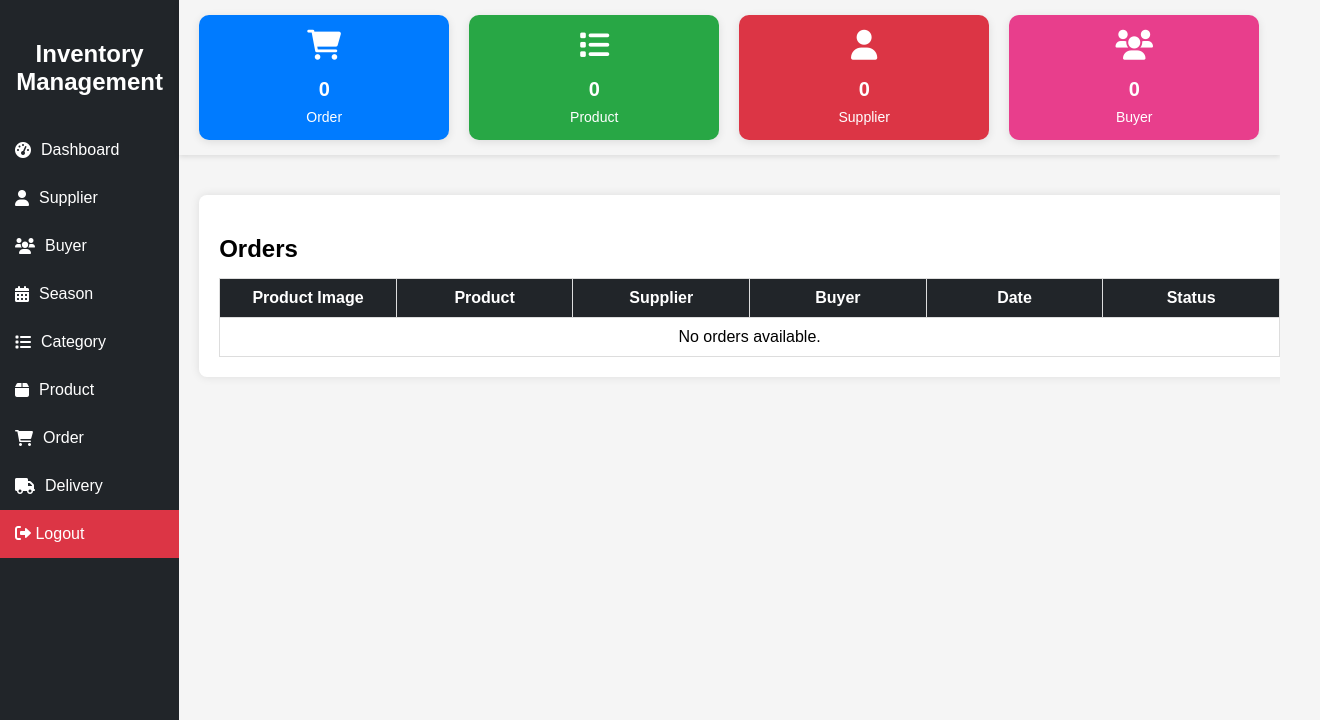
Repository: Fail2/Inventory_Management
Page: http://localhost/accounts/admin-dashboard/
These files come from the project's save history. The page is drawn as it stood at one moment and after the next save; the edit follows.
The browser window is 1280 px wide. The page is 1280 px wide, then 1320 px, so the pictures cover 1320 px, including what lies to the right of the window. The pictures show the whole page.
The page is served by the project's application, run on Django 5.2 (inventory_management/manage.py). A made-up administrator, testuser (Test User, test@example.com), is signed in. Other server files are loaded and not shown. Queries for data that is not in the repository find no rows.

Above is the page before, as saved 2025-05-04 11:57:15.

### inventory_management/accounts/templates/accounts/admin_dashboard.html
{% extends 'accounts/admin_base.html' %}

{% block title %}Admin Dashboard{% endblock %}

{% block extra_css %}
<style>
    .orders-table {
        background: white;
        border-radius: 8px;
        box-shadow: 0 2px 4px rgba(0, 0, 0, 0.1);
        padding: 20px;
        margin-top: 20px;
        max-height: 500px; /* Set a fixed height for the table to allow scrolling */
        overflow-y: auto;  /* Enable vertical scrolling */
        overflow-x: hidden;  /* Disable horizontal scrolling */
    }

    .orders-table h2 {
        margin-bottom: 15px;
    }

    .orders-table table {
        width: 100%;
        border-collapse: collapse;
        table-layout: fixed; /* Ensure the table doesn't overflow horizontally */
    }

    .orders-table thead {
        background-color: #212529;
        color: white;
    }

    .orders-table th,
    .orders-table td {
        text-align: center;
        padding: 10px;
        border: 1px solid #ddd;
    }

    .orders-table tbody tr:nth-child(even) {
        background-color: #f9f9f9;
    }

    .orders-table tbody tr:hover {
        background-color: #f1f1f1;
    }
</style>
{% endblock %}

{% block content %}
<!-- Orders Table -->
<div class="orders-table">
    <h2>Orders</h2>
    <table>
        <thead>
            <tr>
                <th>Product Image</th>
                <th>Product</th>
                <th>Supplier</th>
                <th>Buyer</th>
                <th>Date</th>
                <th>Status</th>
            </tr>
        </thead>
        <tbody>
            {% for order in orders %}
            <tr>
                <td>
                    <img src="{{ order.product.picture.url|default:'/media/product_images/default-image.jpg' }}"
                         alt="{{ order.product.name }}" width="60" height="60">
                </td>
                <td>{{ order.product.name }}</td>
                <td>
                    {% if order.supplier %}
                        {{ order.supplier.full_name }}
                    {% else %}
                        No supplier assigned
                    {% endif %}
                </td>
                <td>{{ order.buyer.full_name }}</td>
                <td>{{ order.order_date|date:"Y-m-d H:i" }}</td>
                <td>{{ order.status|capfirst }}</td>
            </tr>
            {% empty %}
            <tr>
                <td colspan="6">No orders available.</td>
            </tr>
            {% endfor %}
        </tbody>
    </table>
</div>
{% endblock %}

### inventory_management/accounts/context_processors.py
# context_processors.py
from .models import Order, Buyer, Supplier, Product

def admin_stats(request):
    # Calculate counts dynamically
    order_count = Order.objects.filter(status='Pending').count()
    buyer_count = Buyer.objects.count()
    supplier_count = Supplier.objects.count()
    product_count = Product.objects.count()

    return {
        'order_count': order_count,
        'buyer_count': buyer_count,
        'supplier_count': supplier_count,
        'product_count': product_count,
    }

### inventory_management/accounts/templates/accounts/admin_base.html
{% load static %}
<!DOCTYPE html>
<html lang="en">

<head>
    <meta charset="UTF-8">
    <title>{% block title %}Admin{% endblock %}</title>

    <link rel="icon" href="{% static 'favicon.ico' %}" type="image/x-icon">
    <link rel="stylesheet" href="https://cdnjs.cloudflare.com/ajax/libs/font-awesome/6.0.0/css/all.min.css">

    {% block extra_css %}{% endblock %}

    <style>
        body {
            margin: 0;
            font-family: 'Arial', sans-serif;
            background: #f5f5f5;
            height: 100vh;
            display: flex;
        }

        /* LEFT SIDEBAR */
        .sidebar {
            width: 14%;
            background: #212529;
            color: white;
            padding-top: 20px;
            display: flex;
            flex-direction: column;
        }

        .sidebar h2 {
            text-align: center;
            margin-bottom: 30px;
        }

        .sidebar a {
            display: flex;
            align-items: center;
            gap: 10px;
            color: white;
            padding: 15px;
            text-decoration: none;
            font-size: 16px;
        }

        .sidebar a:hover {
            background: #575757;
        }

        .logout-btn {
            width: 100%;
            border: none;
            background: #dc3545;
            color: white;
            padding: 15px;
            font-size: 16px;
            text-align: left;
            cursor: pointer;
            margin-top: auto;
        }

        /* RIGHT SECTION */
        .right-section {
            width: 86%;
            display: flex;
            flex-direction: column;
            height: 100%;
        }

        /* FIXED CARDS (AUTO HEIGHT) */
        .fixed-cards {
            padding: 15px 20px;
            background: #f5f5f5;
            box-shadow: 0 2px 5px rgba(0, 0, 0, 0.1);
            flex-shrink: 0;
            /* do not shrink */
        }

        .cards {
            display: flex;
            gap: 20px;
            flex-wrap: wrap;
        }

        .card {
            flex: 1;
            min-width: 180px;
            max-width: 220px;
            background: white;
            padding: 15px;
            border-radius: 10px;
            text-align: center;
            box-shadow: 0 2px 8px rgba(0, 0, 0, 0.1);
            color: white;
            transition: transform 0.3s ease;
        }

        .card:hover {
            transform: translateY(-5px);
        }

        .card i {
            font-size: 30px;
            margin-bottom: 10px;
        }

        .card h3 {
            margin: 8px 0;
            font-size: 20px;
        }

        .card p {
            margin: 0;
            font-size: 14px;
        }

        /* MAIN CONTENT (TAKES REST) */
        .main-content {
            flex-grow: 1;
            /* take remaining space */
            overflow-y: auto;
            padding: 20px;
            box-sizing: border-box;
        }

        .orders-table {
            background: white;
            width: 100%;
            border-radius: 8px;
            padding: 20px;
            box-shadow: 0 0 10px rgba(0, 0, 0, 0.1);
        }

        table {
            width: 100%;
            border-collapse: collapse;
            margin-top: 10px;
        }

        table,
        th,
        td {
            border: 1px solid #ddd;
        }

        th,
        td {
            padding: 8px;
            text-align: center;
        }

        th {
            background: #212529;
            color: white;
        }
    </style>
</head>

<body>
    <div class="sidebar">
        <h2>Inventory Management</h2>
        <a href="{% url 'admin_dashboard' %}"><i class="fas fa-tachometer-alt"></i> Dashboard</a>
        <a href="{% url 'user_list' 'supplier' %}"><i class="fas fa-user"></i> Supplier</a>
        <a href="{% url 'user_list' 'buyer' %}"><i class="fas fa-users"></i> Buyer</a>
        <a href="{% url 'grouped_product_list' 'season' %}"><i class="fas fa-calendar-alt"></i> Season</a>
        <a href="{% url 'grouped_product_list' 'category' %}"><i class="fas fa-list"></i> Category</a>
        <a href="{% url 'product_list' %}"><i class="fas fa-box"></i> Product</a>
        <a href="{% url 'admin_order_list' %}"><i class="fas fa-shopping-cart"></i> Order</a>
        <a href="#"><i class="fas fa-truck"></i> Delivery</a>
        <form method="post" action="{% url 'logout' %}">
            {% csrf_token %}
            <button type="submit" class="logout-btn"><i class="fas fa-sign-out-alt"></i> Logout</button>
        </form>
    </div>

    <div class="right-section">
        <div class="fixed-cards">
            <div class="cards">
                <div class="card" style="background: #007bff;">
                    <i class="fas fa-shopping-cart fa-2x"></i>
                    <h3>{{order_count}}</h3>
                    <p>Order</p>
                </div>
                <div class="card" style="background: #28a745;">
                    <i class="fas fa-list fa-2x"></i>
                    <h3>{{product_count}}</h3>
                    <p>Product</p>
                </div>
                <div class="card" style="background: #dc3545;">
                    <i class="fas fa-user fa-2x"></i>
                    <h3>{{supplier_count}}</h3>
                    <p>Supplier</p>
                </div>
                <div class="card" style="background: #e83e8c;">
                    <i class="fas fa-users fa-2x"></i>
                    <h3>{{buyer_count}}</h3>
                    <p>Buyer</p>
                </div>
            </div>
        </div>

        <div class="main-content">
            {% block content %}
            {% endblock %}
        </div>
    </div>

    {% block scripts %}
    {% endblock %}
</body>

</html>

### inventory_management/accounts/middleware/auth_middleware.py
from django.shortcuts import redirect

class BuyerSupplierLoginRequiredMiddleware:
    """
    Middleware to protect buyer and supplier pages.
    If user is not logged in, they will be redirected to login page.
    """

    def __init__(self, get_response):
        self.get_response = get_response

    def __call__(self, request):
        # Paths that need protection
        protected_paths = [
            '/buyer/',         # All buyer pages
            '/supplier/',      # All supplier pages
        ]

        # Check if the request path starts with any protected path
        if any(request.path.startswith(path) for path in protected_paths):
            if not request.session.get('user_type'):
                # If user_type not found in session, redirect to login
                return redirect('login')  # URL name of your login page

        response = self.get_response(request)
        return response

### inventory_management/accounts/models.py
from django.db import models
from django.contrib.auth.models import AbstractUser
from django.core.validators import MinValueValidator
import os
import uuid
from django.utils.deconstruct import deconstructible

# Custom User Model for Buyer and Seller types
class CustomUser(AbstractUser):
    USER_TYPE_CHOICES = (
        ('buyer', 'Buyer'),
        ('supplier', 'Supplier'),
    )
    user_type = models.CharField(max_length=10, choices=USER_TYPE_CHOICES)

    def is_admin(self):
        return self.is_superuser  # Check if the user is an admin

class Buyer(models.Model):
    full_name=models.CharField(max_length=100)
    address = models.TextField()
    email = models.EmailField(unique=True)
    username = models.CharField(max_length=100,unique=True)
    password =models.CharField(max_length=128) #store hashed password
    last_login = models.DateTimeField(null=True, blank=True)
    date_joined = models.DateTimeField(auto_now_add=True)


    def __str__(self):
        return self.full_name

class Supplier(models.Model):
    full_name=models.CharField(max_length=100)
    address = models.TextField()
    email = models.EmailField(unique=True)
    username = models.CharField(max_length=100,unique=True)
    password =models.CharField(max_length=128) #store hashed password
    last_login = models.DateTimeField(null=True, blank=True)
    date_joined = models.DateTimeField(auto_now_add=True)


    def __str__(self):
        return self.full_name

class Season(models.Model):
    name = models.CharField(max_length=100)

    def __str__(self):
        return self.name

class Category(models.Model):
    name = models.CharField(max_length=100)

    def __str__(self):
        return self.name

#for creating unique file name for image so that no override occurs
@deconstructible
class UniqueFileName:
    def __init__(self, subdir):
        self.subdir = subdir

    def __call__(self, instance, filename):
        ext = filename.split('.')[-1]
        unique_filename = f"{uuid.uuid4().hex}.{ext}"
        return os.path.join(self.subdir, unique_filename)

class Product(models.Model):
    name = models.CharField(max_length=255)
    category = models.ForeignKey(Category, on_delete=models.SET_NULL,null=True, blank=True)
    season = models.ForeignKey(Season, on_delete=models.SET_NULL, null=True, blank=True)
    price = models.DecimalField(max_digits=10, decimal_places=2,validators=[MinValueValidator(0.01)])
    quantity = models.PositiveIntegerField()
    picture = models.ImageField(upload_to=UniqueFileName('product_images/'), null=True, blank=True)
    supplier = models.ForeignKey(Supplier, on_delete=models.SET_NULL, null=True, blank=True)  # Now optional

    def __str__(self):
        return self.name
    def save(self, *args, **kwargs):
        try:
            this = Product.objects.get(id=self.id)
            if this.picture and self.picture != this.picture:
                if os.path.isfile(this.picture.path):
                    os.remove(this.picture.path)
        except Product.DoesNotExist:
            pass  # This is a new product, no need to delete anything

        super().save(*args, **kwargs)

    def delete(self, *args, **kwargs):
        if self.picture and os.path.isfile(self.picture.path):
            os.remove(self.picture.path)
        super().delete(*args, **kwargs)


class Order(models.Model):
    STATUS_CHOICES = [
        ('pending', 'Pending'),
        ('approved', 'Approved'),
        ('shipped', 'Shipped'),
        ('delivered', 'Delivered'),
    ]
    buyer = models.ForeignKey(Buyer, on_delete=models.CASCADE)
    product = models.ForeignKey(Product, on_delete=models.CASCADE)
    supplier = models.ForeignKey(Supplier, on_delete=models.SET_NULL, null=True, blank=True)
    quantity = models.PositiveIntegerField()
    total_amount = models.DecimalField(max_digits=10, decimal_places=2, blank=True, null=True)
    delivery_address = models.TextField()  # <- NEW FIELD for where to send
    status = models.CharField(max_length=20, choices=STATUS_CHOICES, default='pending')
    order_date = models.DateTimeField(auto_now_add=True)

    def __str__(self):
        return f"Order #{self.id} - {self.product.name} by {self.buyer.full_name}"

    def save(self, *args, **kwargs):
        if self.product and self.quantity:
            self.total_amount = self.product.price * self.quantity
        super().save(*args, **kwargs)

class Delivery(models.Model):
    order = models.OneToOneField(Order, on_delete=models.CASCADE)
    delivery_date = models.DateField()
    status = models.CharField(max_length=50)

    def __str__(self):
        return f"Delivery for {self.order}"

### inventory_management/inventory_management/urls.py
"""
URL configuration for inventory_management project.

The `urlpatterns` list routes URLs to views. For more information please see:
    https://docs.djangoproject.com/en/5.2/topics/http/urls/
Examples:
Function views
    1. Add an import:  from my_app import views
    2. Add a URL to urlpatterns:  path('', views.home, name='home')
Class-based views
    1. Add an import:  from other_app.views import Home
    2. Add a URL to urlpatterns:  path('', Home.as_view(), name='home')
Including another URLconf
    1. Import the include() function: from django.urls import include, path
    2. Add a URL to urlpatterns:  path('blog/', include('blog.urls'))
"""
from django.contrib import admin
from django.conf import settings
from django.conf.urls.static import static
from django.urls import path,include

urlpatterns = [
    path('admin/', admin.site.urls),
    path('accounts/',include('accounts.urls')),
]
# This serves media files in development (make sure to only use this in development)
if settings.DEBUG:
    urlpatterns += static(settings.MEDIA_URL, document_root=settings.MEDIA_ROOT)

### inventory_management/accounts/urls.py

from django.conf import settings
from django.conf.urls.static import static
from django.urls import path
from . import views

urlpatterns = [
    # Admin-related paths
    path('admin-login/', views.admin_login_view, name='admin-login'),
    path('admin-dashboard/', views.admin_dashboard, name='admin_dashboard'),
    path('<str:user_type>/list/', views.user_list, name='user_list'),
    path('<str:user_type>/add/', views.add_user, name='add_user'),
    path('<str:user_type>/edit/<int:user_id>/', views.edit_user, name='edit_user'),
    path('<str:user_type>/delete/<int:user_id>/', views.delete_user, name='delete_user'),
    path('products/', views.product_list, name='product_list'),
    path('add/', views.add_product, name='add_product'),  # add_product view coming next
    path('products/<int:product_id>/edit/', views.edit_product, name='edit_product'),
    path('products/<int:product_id>/delete/', views.delete_product, name='delete_product'),
    path('products/by/<str:group_by>/', views.grouped_product_list, name='grouped_product_list'),
    path('add/<str:group_by>/', views.add_group, name='add_group'),
    path('admin/orders/', views.admin_order_list, name='admin_order_list'),


    # Buyer/Seller login
    path('login/', views.login_view, name='login'),
    path('logout/', views.logout_view, name='logout'),


    # Buyer-specific paths
    path('buyer/login/', views.login_view, name='login_view'),
    path('buyer/home/', views.buyer_home, name='buyer_home'),
    path('buyer/orders/', views.buyer_orders, name='buyer_orders'),
    path('buyer/place_order/<int:product_id>/', views.place_order, name='place_order'),
    path('<str:user_type>/product/<int:product_id>/', views.buyer_product_detail, name='buyer_product_detail'),


    #Supplier
    path('supplier/home/', views.supplier_home, name='supplier_home'),

]

Loaded but not shown: inventory_management/accounts/templatetags/custom_tags.py (common file); inventory_management/accounts/views.py (550 lines, source omitted)

After the next save:
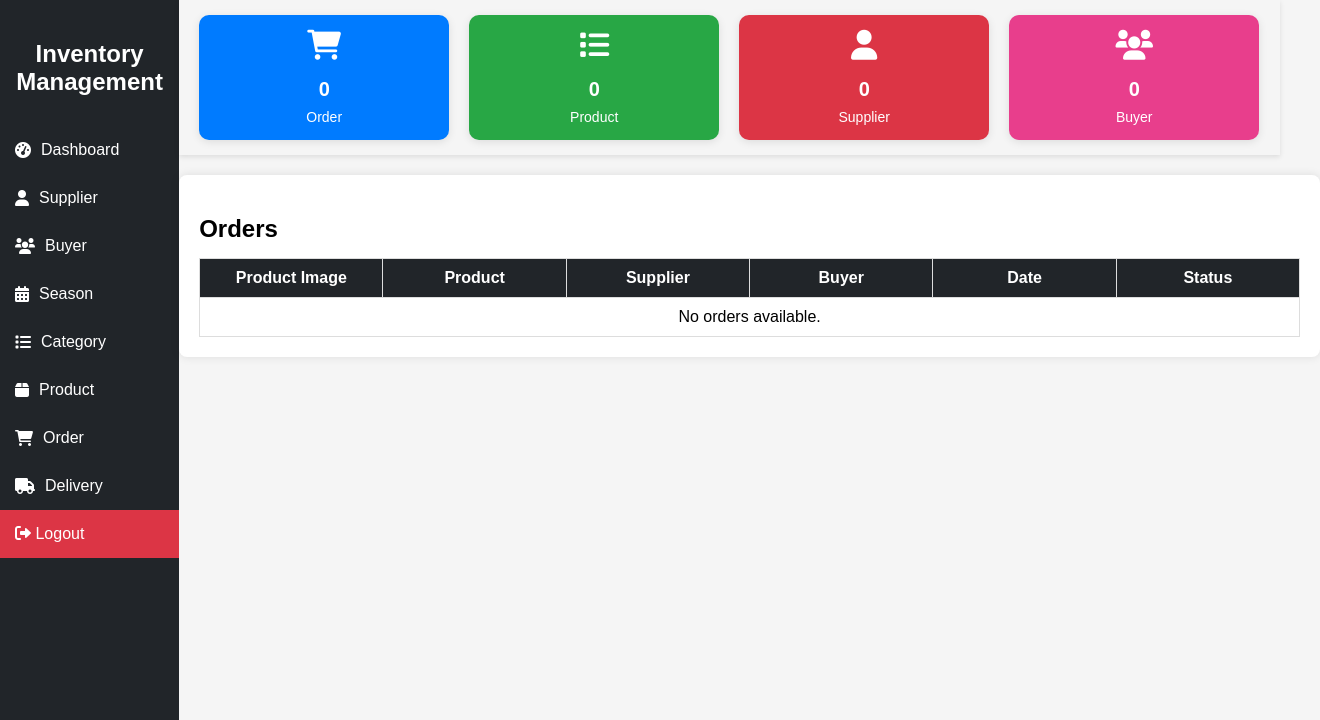
Saved 6 min 4 s later.
--- a/inventory_management/accounts/templates/accounts/admin_base.html
+++ b/inventory_management/accounts/templates/accounts/admin_base.html
@@ -120,8 +120,6 @@
         .main-content {
             flex-grow: 1;
             /* take remaining space */
-            overflow-y: auto;
-            padding: 20px;
             box-sizing: border-box;
         }
 
